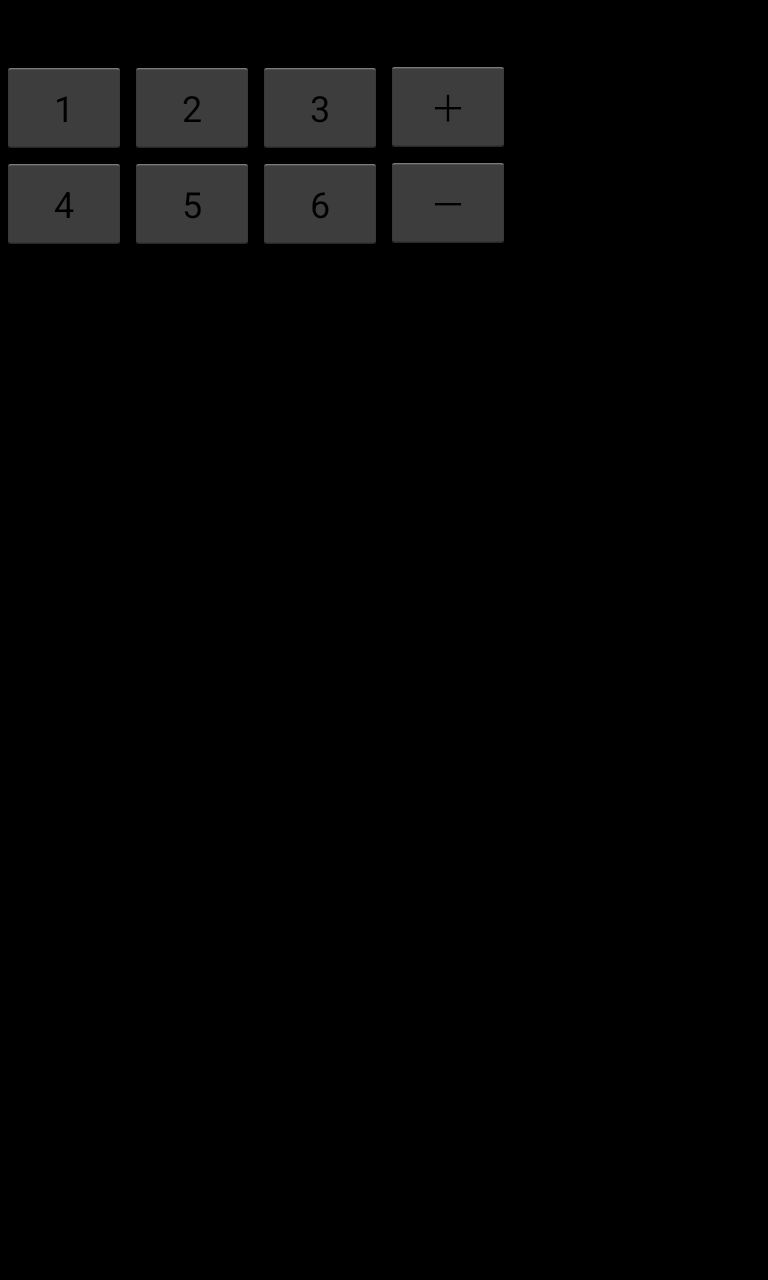
Repository: moetmd/learning-Android
Layout: Calculator/res/layout/activity_main.xml
The author's editor kept a copy of each file at every save. The layout is drawn from the files as they stood at one save, then again after the next save.
It is drawn on a 768 x 1280 px phone screen (xhdpi) without system bars, with theme AppTheme; the app's code is not run.

Above is the layout before, as saved 2014-11-19 12:52:58.

### Calculator/res/layout/activity_main.xml
<FrameLayout xmlns:android="http://schemas.android.com/apk/res/android"
    xmlns:tools="http://schemas.android.com/tools"
    android:id="@+id/container"
    android:background="#000"
    android:layout_width="match_parent"
    android:layout_height="match_parent"
    tools:context="com.niit.calculator.MainActivity"
    tools:ignore="MergeRootFrame" >

    <LinearLayout
        android:layout_width="match_parent"
        android:layout_height="match_parent"
        android:orientation="vertical" >


        <!-- 屏幕    独占一行 -->
        <TextView
            android:id="@+id/textView1"
            android:layout_width="match_parent"
            android:layout_height="wrap_content"
            android:text="Large Text"
            android:textAppearance="?android:attr/textAppearanceLarge" />

        <!-- 第一行数字键 -->
        <LinearLayout
            android:layout_width="match_parent"
            android:layout_height="wrap_content" >
            <Button
                android:id="@+id/button1"
                android:layout_width="wrap_content"
                android:layout_height="wrap_content"
                android:text="1" />

            <Button
                android:id="@+id/button2"
                android:layout_width="wrap_content"
                android:layout_height="wrap_content"
                android:text="2" />

            <Button
                android:id="@+id/button3"
                android:layout_width="wrap_content"
                android:layout_height="wrap_content"
                android:text="3" />

            <Button
                android:id="@+id/button4"
                android:layout_width="wrap_content"
                android:layout_height="wrap_content"
                android:text="＋" />
        </LinearLayout>
        <!-- 第一行数字键结束 -->

       	<!-- 第二行数字键 -->
        <LinearLayout
            android:layout_width="match_parent"
            android:layout_height="wrap_content" >
            <Button
                android:id="@+id/button1"
                android:layout_width="wrap_content"
                android:layout_height="wrap_content"
                android:text="4" />

            <Button
                android:id="@+id/button2"
                android:layout_width="wrap_content"
                android:layout_height="wrap_content"
                android:text="5" />

            <Button
                android:id="@+id/button3"
                android:layout_width="wrap_content"
                android:layout_height="wrap_content"
                android:text="6" />

            <Button
                android:id="@+id/button4"
                android:layout_width="wrap_content"
                android:layout_height="wrap_content"
                android:text="－" />
        </LinearLayout>
        <!-- 第二行数字键结束 -->

    </LinearLayout>

</FrameLayout>

Loaded but not shown: Calculator/res/values/styles.xml (common file); Calculator/res/values-v11/styles.xml (common file); Calculator/res/values-v14/styles.xml (common file)

After the next save:
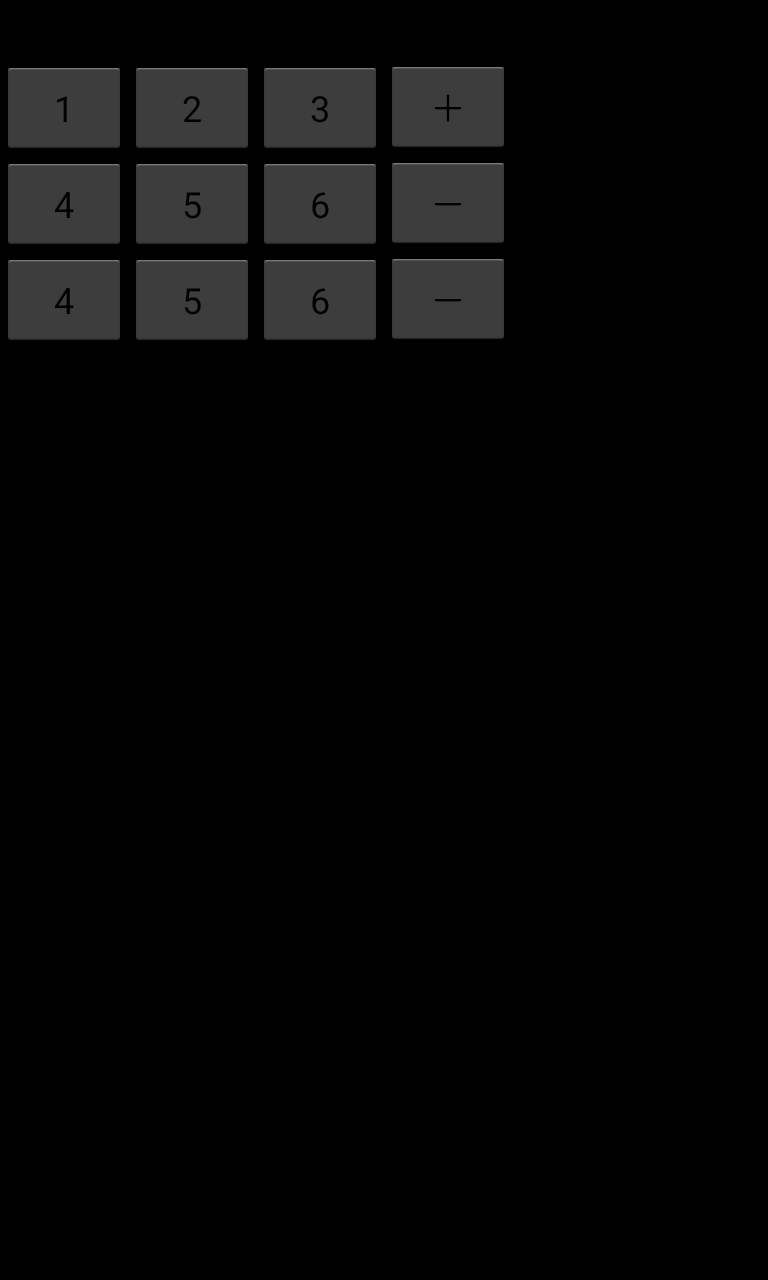
Saved 20 s later.
--- a/Calculator/res/layout/activity_main.xml
+++ b/Calculator/res/layout/activity_main.xml
@@ -81,6 +81,36 @@
         </LinearLayout>
         <!-- 第二行数字键结束 -->
 
+        <!-- 第三行数字键 -->
+        <LinearLayout
+            android:layout_width="match_parent"
+            android:layout_height="wrap_content" >
+            <Button
+                android:id="@+id/button1"
+                android:layout_width="wrap_content"
+                android:layout_height="wrap_content"
+                android:text="4" />
+
+            <Button
+                android:id="@+id/button2"
+                android:layout_width="wrap_content"
+                android:layout_height="wrap_content"
+                android:text="5" />
+
+            <Button
+                android:id="@+id/button3"
+                android:layout_width="wrap_content"
+                android:layout_height="wrap_content"
+                android:text="6" />
+
+            <Button
+                android:id="@+id/button4"
+                android:layout_width="wrap_content"
+                android:layout_height="wrap_content"
+                android:text="－" />
+        </LinearLayout>
+        <!-- 第三行数字键结束 -->
+
     </LinearLayout>
 
 </FrameLayout>
